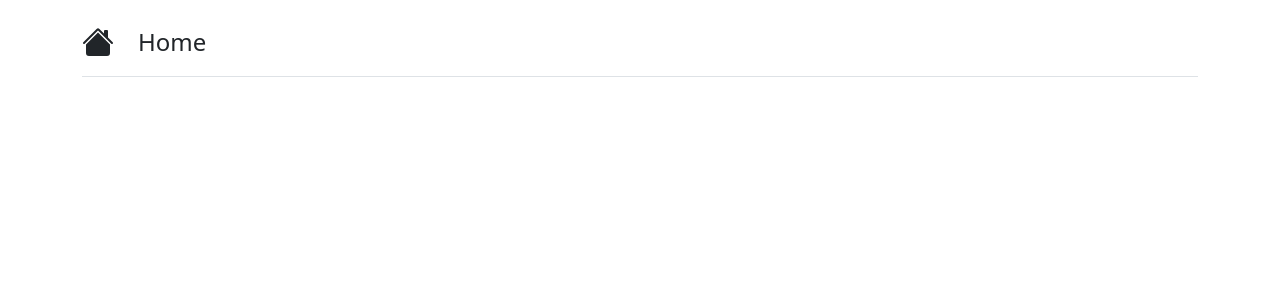
Repository: yeom724/JSP_test
Page: http://localhost/bookmarket/
An editor plug-in stored every save of this project. The page is shown before and after the next save, followed by the edit.
The browser window is 1280 px wide. The pictures show the whole page.
The page is served by Tomcat 10. Other server files are loaded and not shown.

Above is the page before, as saved 2024-10-08 02:29:27.

### bookmarket/src/main/webapp/welcome.jsp
<%@ page language="java" contentType="text/html; charset=UTF-8"
    pageEncoding="UTF-8"%>
<!DOCTYPE html>
<html>
<head>
<link href="https://cdn.jsdelivr.net/npm/bootstrap@5.3.0-alpha1/dist/css/bootstrap.min.css" rel="stylesheet">
<meta charset="UTF-8">
<title>Welcome</title>
</head>
<body>
	<div class = "container py-4">

		<header class = "pb-3 mb-4 border-bottom">
			<a href="welcome.jsp" class = "d-flex align-items-center text-dark text-decoration-none">
				<svg  width="32" height="32" fill="currentColor" class="bi bi-house-fill" viewBox="0 0 16 16">
              		<path d="M8.707 1.5a1 1 0 0 0-1.414 0L.646 8.146a.5.5 0 0 0 .708.708L8 2.207l6.646 6.647a.5.5 0 0 0 .708-.708L13 5.793V2.5a.5.5 0 0 0-.5-.5h-1a.5.5 0 0 0-.5.5v1.293L8.707 1.5Z"/>
              		<path d="m8 3.293 6 6V13.5a1.5 1.5 0 0 1-1.5 1.5h-9A1.5 1.5 0 0 1 2 13.5V9.293l6-6Z"/>
        		</svg>

        		<span class = "fs-4">　Home</span>
			</a>
		</header>

		<%!
			String greeting = "Welcome to Book Shopping Mail";
			String tagline = "Welcome to Web Market!";
		%>

		<div>
			<div>
				<h1></h1>
				<p></p>
			</div>
		</div>

		<div>
			<div>
				<div>
					<h3></h3>
				</div>
			</div>
		</div>

		<footer>

		</footer>
	</div>
</body>
</html>

After the next save:
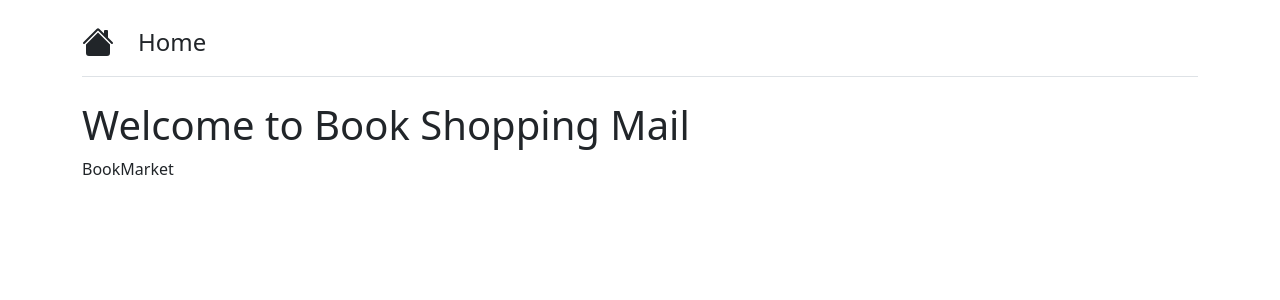
Saved 47 s later.
--- a/bookmarket/src/main/webapp/welcome.jsp
+++ b/bookmarket/src/main/webapp/welcome.jsp
@@ -28,8 +28,8 @@
 
 		<div>
 			<div>
-				<h1></h1>
-				<p></p>
+				<h1><%= greeting %></h1>
+				<p>BookMarket</p>
 			</div>
 		</div>
 
